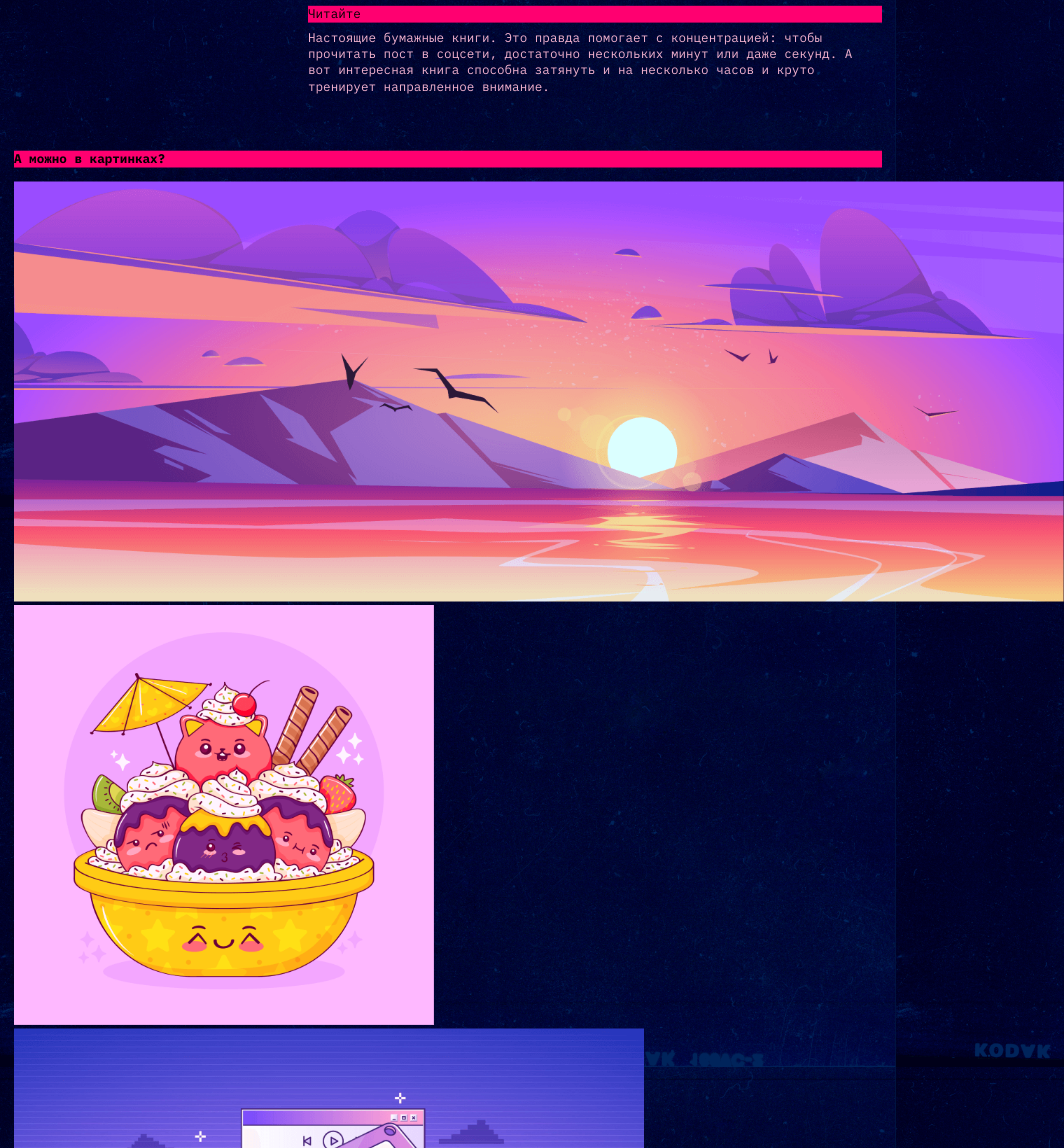
Repository: Hadoooouken/slozhno-sosredotochitsya
Page: index.html
The author's editor kept a copy of each file at every save. The page is drawn from the files as they stood at one save, then again after a run of saves.
The browser window is 1280 px wide. The page is 1520 px wide, so the pictures cover 1520 px, including what lies to the right of the window. The pictures show the part of the page from y = 2475 to 4115 px (the page is 5760 px tall before and 5750 px after), at 70% of full size.
Backgrounds fixed to the window are drawn as part of the page.

Above is the page before, as saved 2024-01-22 19:09:30.

After the next 2 saves:
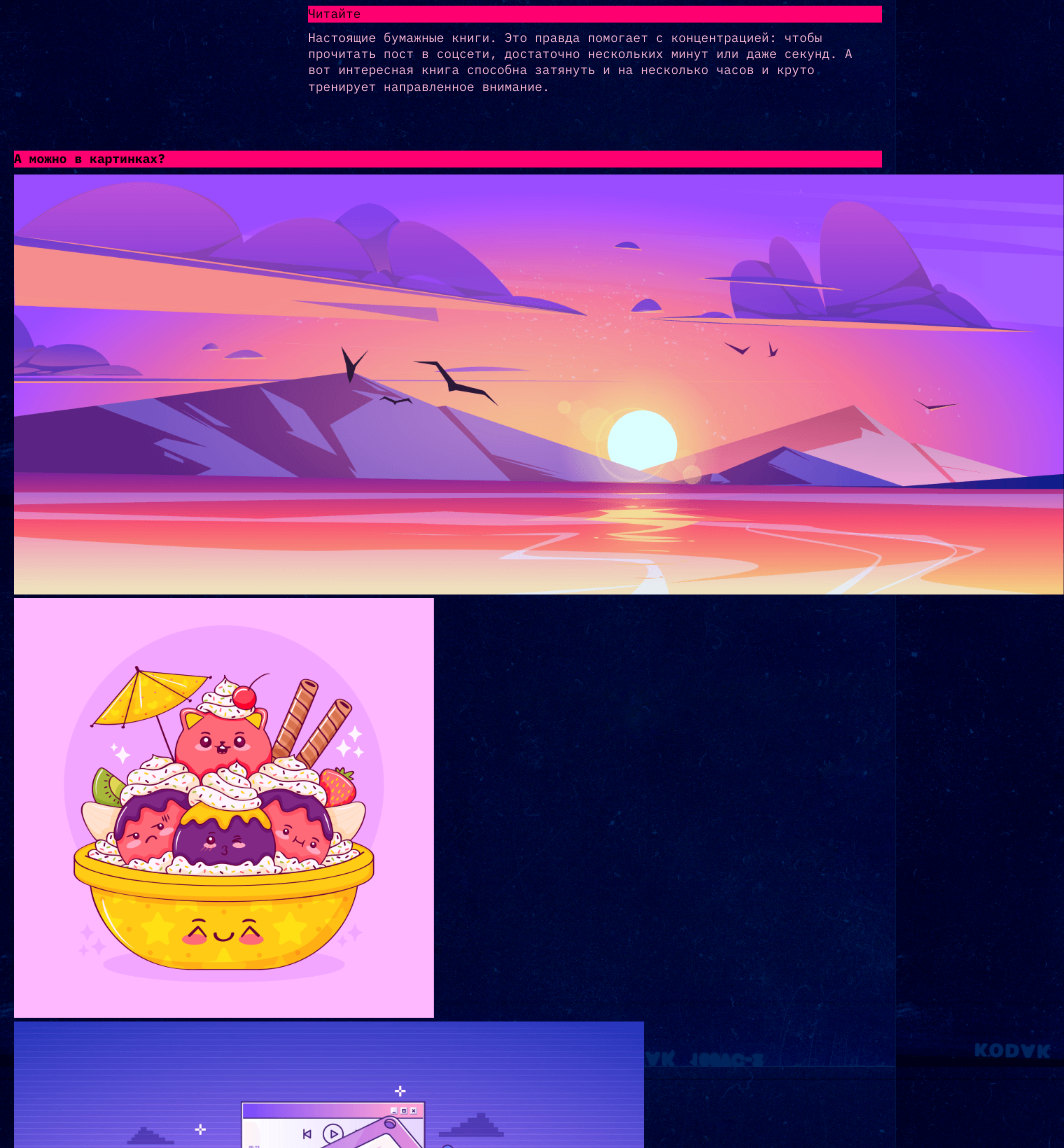
The 2 saves are shown as one change because they came seconds apart.
The last was saved 90 s later.
--- a/styles/style.css
+++ b/styles/style.css
@@ -245,5 +245,5 @@
 }
 
 .gallery__list {
-  margin-top: 20px;
-}
+  mar
+}
